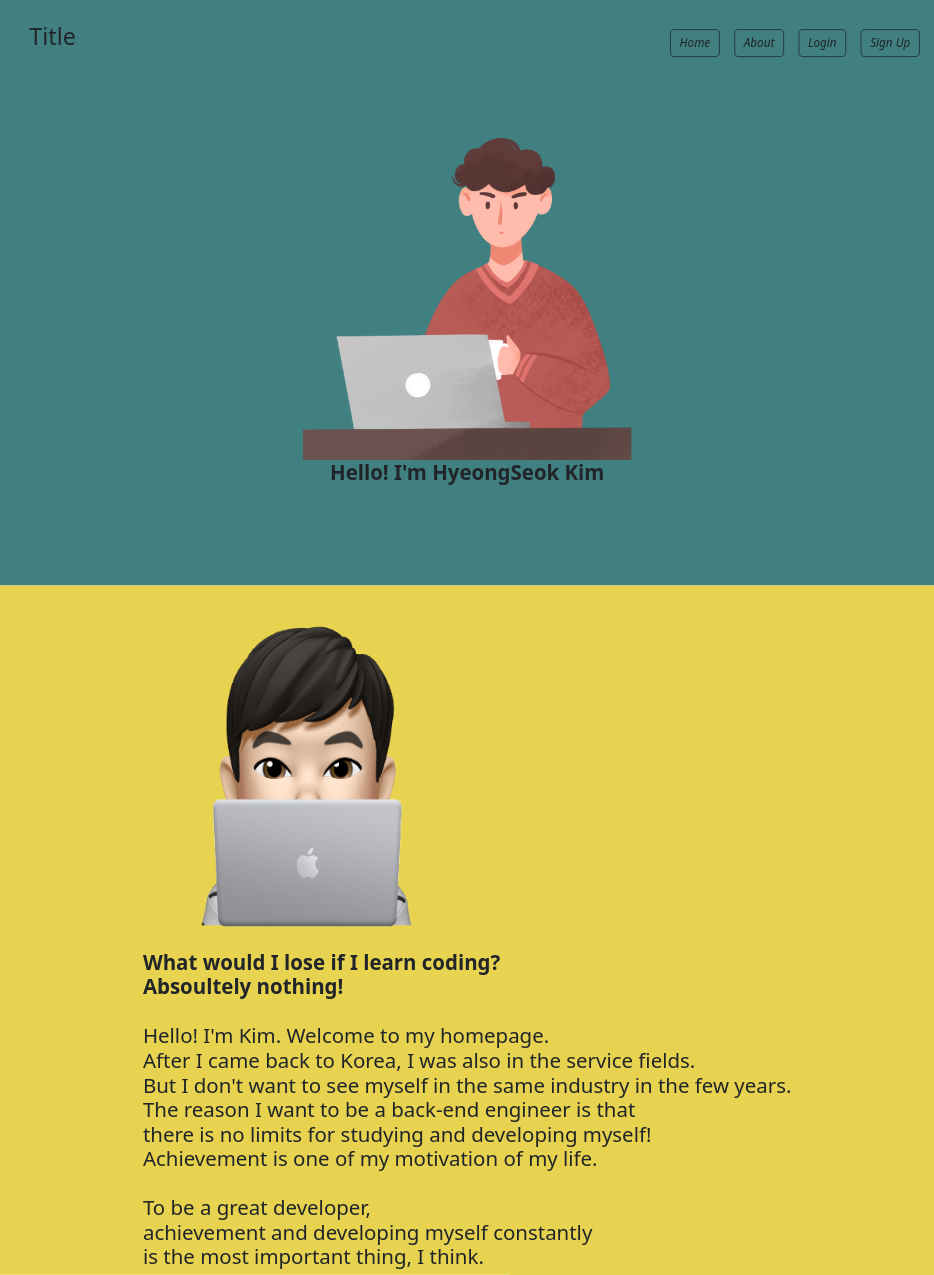
Repository: beruzz/ezen
Page: http://localhost/introduce/
The author's editor kept a copy of each file at every save. The page is drawn from the files as they stood at one save, then again after the next save.
The browser window is 1280 px wide. The pictures show the whole page, at 73% of full size.
The page is served by Tomcat 9. Other server files are loaded and not shown. The template is opened directly, without the code that normally fills it, so the values that code supplies are empty.

Above is the page before, as saved 2022-12-14 08:30:35.
Not found: JSP_Board&Member/introduce/images/bg.jpg

### JSP_Board&Member/introduce/src/main/webapp/index.jsp
<%@ page language="java" contentType="text/html; charset=UTF-8"
	pageEncoding="UTF-8"%>
<%@ taglib uri="http://java.sun.com/jsp/jstl/core" prefix="c"%>
<!DOCTYPE html>
<html>
<head>
<meta charset="UTF-8">
<title>Insert title here</title>
<link rel="stylesheet" href="/css/main.css">
<link rel="stylesheet" href="/css/scroll.css">
<!-- CSS only -->
<link
	href="https://cdn.jsdelivr.net/npm/bootstrap@5.2.2/dist/css/bootstrap.min.css"
	rel="stylesheet"
	integrity="sha384-Zenh87qX5JnK2Jl0vWa8Ck2rdkQ2Bzep5IDxbcnCeuOxjzrPF/et3URy9Bv1WTRi"
	crossorigin="anonymous">
</head>
<body>

	<header id="header">
		<h2 class="title">Title</h2>
		<nav class="menu">
			<ul>
				<li><a href="/" class="btn btn-outline-dark">Home</a></li>
				<li><a href="" class="btn btn-outline-dark">About</a></li>
				<c:if test="${ses.id eq null }">
					<li><a href="/mc/login" class="btn btn-outline-dark">Login</a></li>
				</c:if>
				<li><a href="/mc/join" class="btn btn-outline-dark">Sign Up</a></li>
			</ul>
			<c:if test="${ses.id ne null && ses.id ne '' }">
				${ses.id }님 로그인 완료 <br>
				<a href="/mc/logout?id=${ses.id }"><button type="button"
						class="btn btn-outline-dark">로그아웃</button></a>
				<br>
			</c:if>
		</nav>
	</header>
			<div class="one">
				<span class="profile"><img src="/images/me.png"
					width="450px;" height="450px" alt=""></span>
				<h3>
					<strong>Hello! I'm HyeongSeok Kim</strong>
				</h3>
			</div>
		<div class="list">
			<div class="two">
				<img class="me" src="/images/me2.png" alt="" width="450px;"
					height="500px">
				<h3 class="intext">
					<strong>What would I lose if I learn coding?<br>Absoultely
						nothing!
					</strong><br> <br> Hello! I'm Kim. Welcome to my homepage.<br>
					After I came back to Korea, I was also in the service fields. <br>
					But I don't want to see myself in the same industry in the few
					years. <br> The reason I want to be a back-end engineer is
					that <br> there is no limits for studying and developing
					myself! <br> Achievement is one of my motivation of my life. <br>
					<br> To be a great developer, <br> achievement and
					developing myself constantly <br> is the most important thing,
					I think.
				</h3>
			</div>
		</div>

</body>
</html>

### JSP_Board&Member/introduce/src/main/webapp/css/main.css
@charset "UTF-8";

header {
	align-items: center;
	list-style: none;
}

.title {
	float: left;
	margin-left: 40px;
	margin-top: 30px;
}

.one {
	background-image: url("/images/bg.jpg");
	background-size: cover;
	text-align: center;
	padding-top: 180px;
	padding-bottom: 130px;
	background-color: #408080;
}

ul {
	list-style: none;
	margin-right: 20px;
}

.menu {
	font-size: 20px;
	font-style: italic;
	float: right;
	margin-top: 40px;
}

.menu li {
	float: left;
	margin-left: 20px;
}

a {
	text-decoration: none;
	color: black;
}

.list {
	background-color: #e7d350;
	display: flex;
	justify-content: center;
	align-content: center;

}

### JSP_Board&Member/introduce/src/main/webapp/css/scroll.css
@charset "UTF-8";
/*#container{
    width:100%;
    height:100vh;
    overflow: auto;
    scroll-behavior: smooth;
    scroll-snap-type: y mandatory;
}*/

/*.list{
    width:100%;
    height:100vh;
    display: flex;
    justify-content: center;
    align-items: center;
    scroll-snap-align: center;
}*/

/* .list:nth-child(1){
    background-color: rgb(0, 0, 0);
    background-size: cover;
    background-attachment: fixed;
    background-position: center;
} */

/*.list:nth-child(2){
    background-color: #4e5a56;
    background-size: cover;
    background-attachment: fixed;
    background-position: center;
}*/

After the next save:
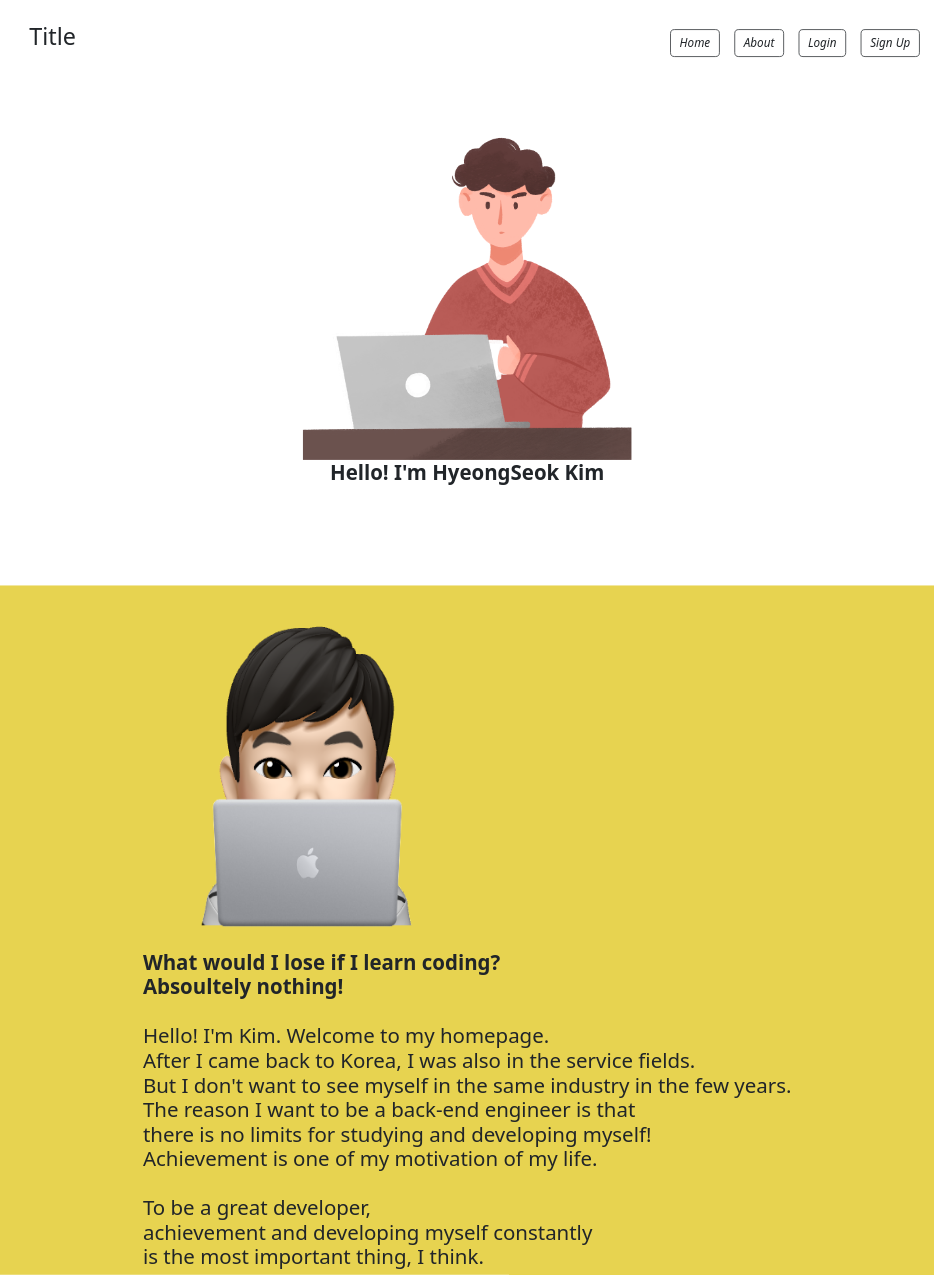
Saved 22 s later.
--- a/JSP_Board&Member/introduce/src/main/webapp/css/main.css
+++ b/JSP_Board&Member/introduce/src/main/webapp/css/main.css
@@ -17,7 +17,7 @@
 	text-align: center;
 	padding-top: 180px;
 	padding-bottom: 130px;
-	background-color: #408080;
+
 }
 
 ul {

After the save that followed:
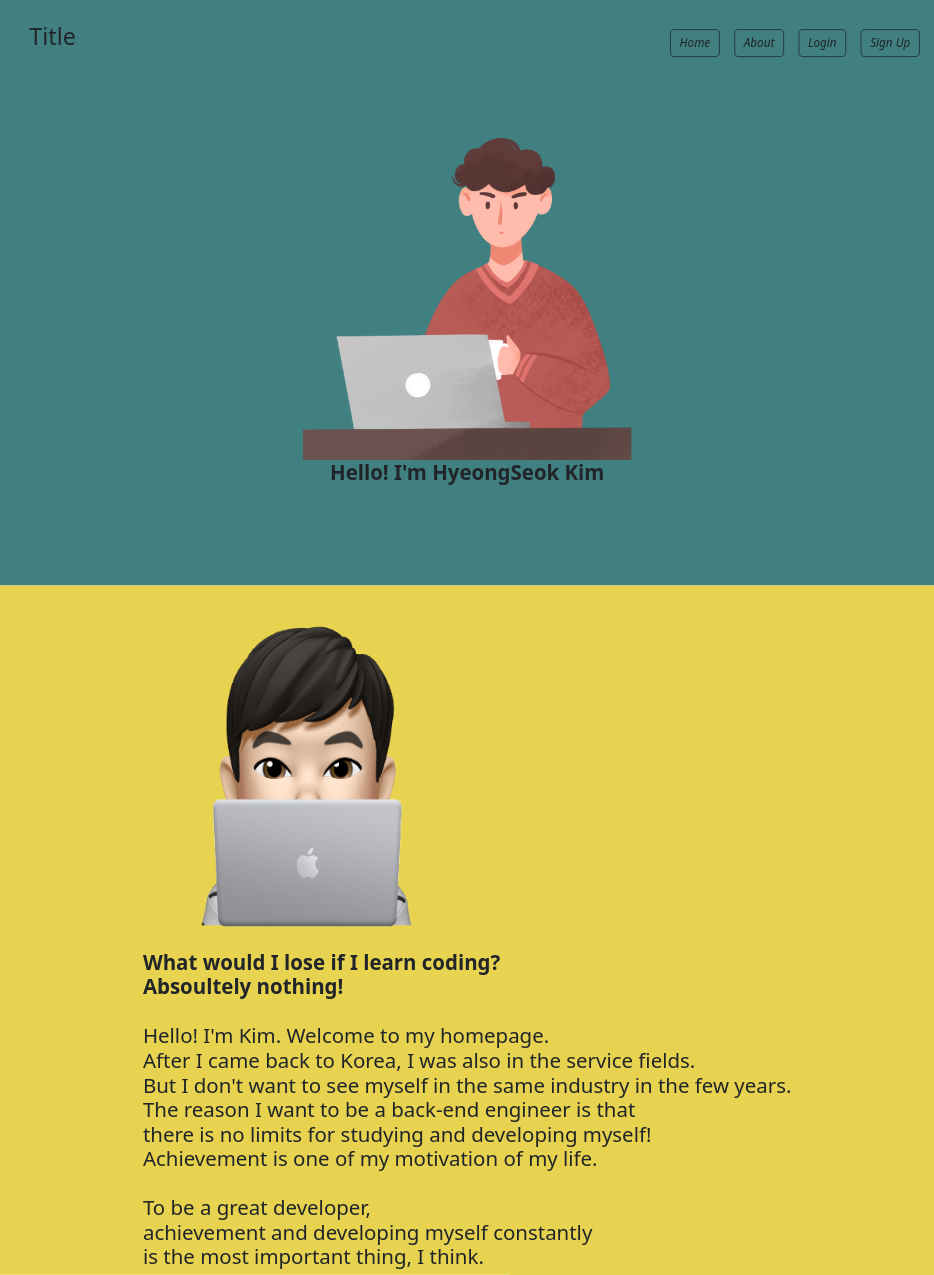
Saved 19 s later.
--- a/JSP_Board&Member/introduce/src/main/webapp/css/main.css
+++ b/JSP_Board&Member/introduce/src/main/webapp/css/main.css
@@ -17,7 +17,7 @@
 	text-align: center;
 	padding-top: 180px;
 	padding-bottom: 130px;
-
+	background-color: #408080;
 }
 
 ul {
